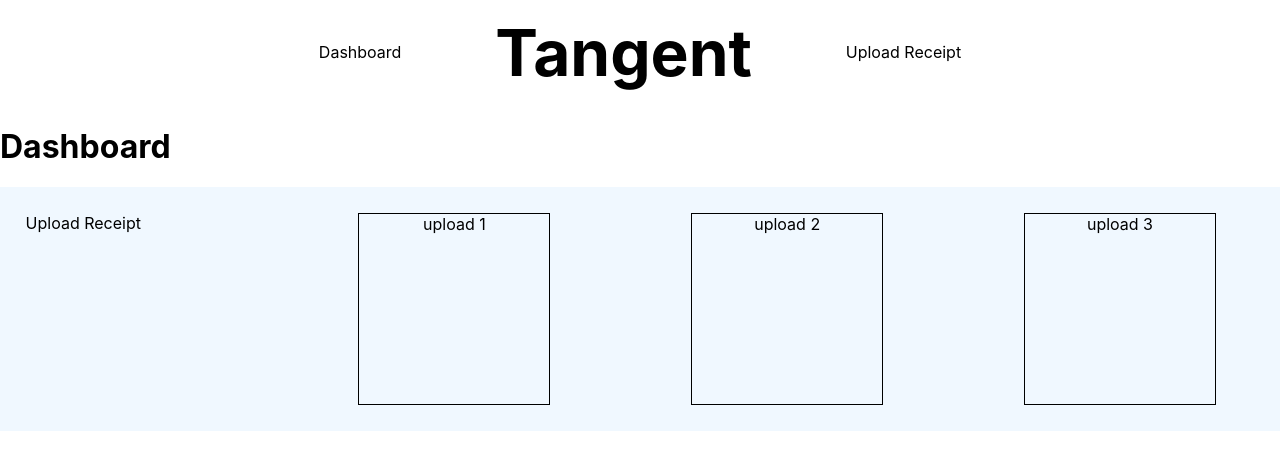
Repository: Tantrum-Tangent/Tangent
Page: /dashboard
An editor plug-in stored every save of this project. The page is shown before and after the next save, followed by the edit.
The browser window is 1280 px wide. The pictures show the whole page.
The page's requests for data from a server got no answer. The project was rebuilt for these pictures with package versions that can differ from the ones it lists, and the page was loaded fresh each time. The framework's server and built-in components were replaced by stand-ins that run in the browser. No one was signed in, and anything a server would have sent is missing. Also part of the build but not shown: next.config.js.

Above is the page before, as saved 2022-05-22 20:11:17.

### pages/dashboard.js
import Link from "next/link";
import React, { useEffect } from "react";
import { db } from "../firebase.config";
import { query, collection, getDocs, orderBy } from "firebase/firestore";
import styles from "../styles/Dashboard.module.css";
import Header from "../components/header";

export default function Dashboard(props) {
  const { receiptsData } = props;
  useEffect(() => {
    console.log(receiptsData);
  }, [receiptsData]);
  return (
    <div>
      <Header />
      <main className={styles.main}>
        <h1>Dashboard</h1>
        <div className={styles.listOfUploads}>
          <Link href="../">
            <a>Upload Receipt</a>
          </Link>
          {receiptsData.map((receipt) => (
            <div key={receipt.id}>
              <Link href={`receipts/${receipt.id}`}>
                <a>{receipt.company}</a>
              </Link>
            </div>
          ))}

          <div>upload 1</div>
          <div>upload 2</div>
          <div>upload 3</div>
          {/* <div>upload 4</div>
          <div>upload 5</div>
          <div>upload 6</div> */}
        </div>
      </main>
    </div>
  );
}

export const getStaticProps = async () => {
  const q = query(collection(db, "receipts"), orderBy("totalamt", "desc"));
  const receipts = await getDocs(q);
  const receiptsData = receipts.docs.map((receipt) => {
    return {
      id: receipt.id,
      ...receipt.data(),
    };
  });
  console.log(receiptsData);
  return {
    props: {
      receiptsData,
    },
    revalidate: 1,
  };
};

### firebase.config.js
// Import the functions you need from the SDKs you need
import {initializeApp, getApps} from "firebase/app"
import {getFirestore} from "firebase/firestore"


// TODO: Add SDKs for Firebase products that you want to use
// https://firebase.google.com/docs/web/setup#available-libraries

// Your web app's Firebase configuration
// For Firebase JS SDK v7.20.0 and later, measurementId is optional
const firebaseConfig = {
  apiKey: "AIzaSyBnf4Rv50aaRNfwoszmiFnQQ5pGpnxniNQ",
  authDomain: "tantrum-44f6b.firebaseapp.com",
  projectId: "tantrum-44f6b",
  storageBucket: "tantrum-44f6b.appspot.com",
  messagingSenderId: "1024221832290",
  appId: "1:1024221832290:web:0f05b48ec794af490f5d3b",
  measurementId: "G-XJ2RWVNHCM",
};

// Initialize Firebase

const app = initializeApp(firebaseConfig)

export const db = getFirestore(app)

### styles/Dashboard.module.css
.main {
}

.listOfUploads {
  background-color: aliceblue;
  display: grid;
  grid-template-columns: 25% 25% 25% 25%;
  grid-gap: 2vw;
  padding: 2vw;
}

.listOfUploads > div {
  border: 1px solid black;
  height: 15vw;
  width: 15vw;
  text-align: center;
}

### components/header.js
import Link from "next/link";
import styles from "../styles/Header.module.css";

export default function Header() {
  return (
    <div className={styles.header}>
      <Link href="./dashboard">
        <a className={styles.link}>Dashboard</a>
      </Link>
      <h1 className={styles.title}>Tangent</h1>
      <Link href="./">
        <a className={styles.link}>Upload Receipt</a>
      </Link>
    </div>
  );
}

### styles/Header.module.css
.header {
  display: flex;
  justify-content: space-around;
  width: 100%;
  padding: 1rem 17rem;
}

.title {
  margin: 0;
  line-height: 1.15;
  font-size: 4rem;
}

.title {
  text-align: center;
}

.link {
  font-size: 1rem;
  margin-top: 2vw;
}

Loaded but not shown: pages/_app.js (common file); styles/globals.css (common file)

After the next save:
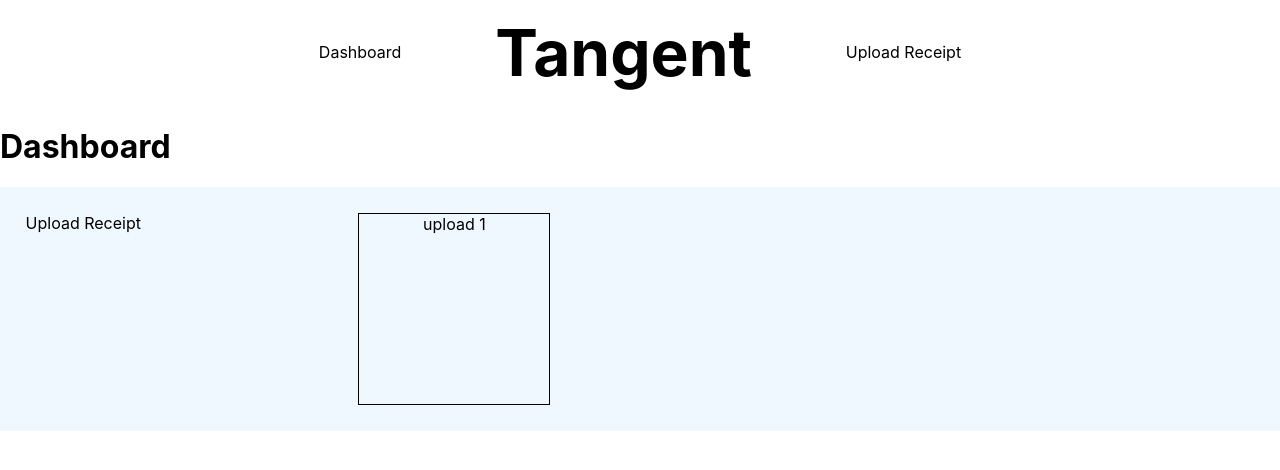
Saved 6 s later.
--- a/pages/dashboard.js
+++ b/pages/dashboard.js
@@ -28,8 +28,8 @@
           ))}
 
           <div>upload 1</div>
-          <div>upload 2</div>
-          <div>upload 3</div>
+          {/* <div>upload 2</div>
+          <div>upload 3</div> */}
           {/* <div>upload 4</div>
           <div>upload 5</div>
           <div>upload 6</div> */}
